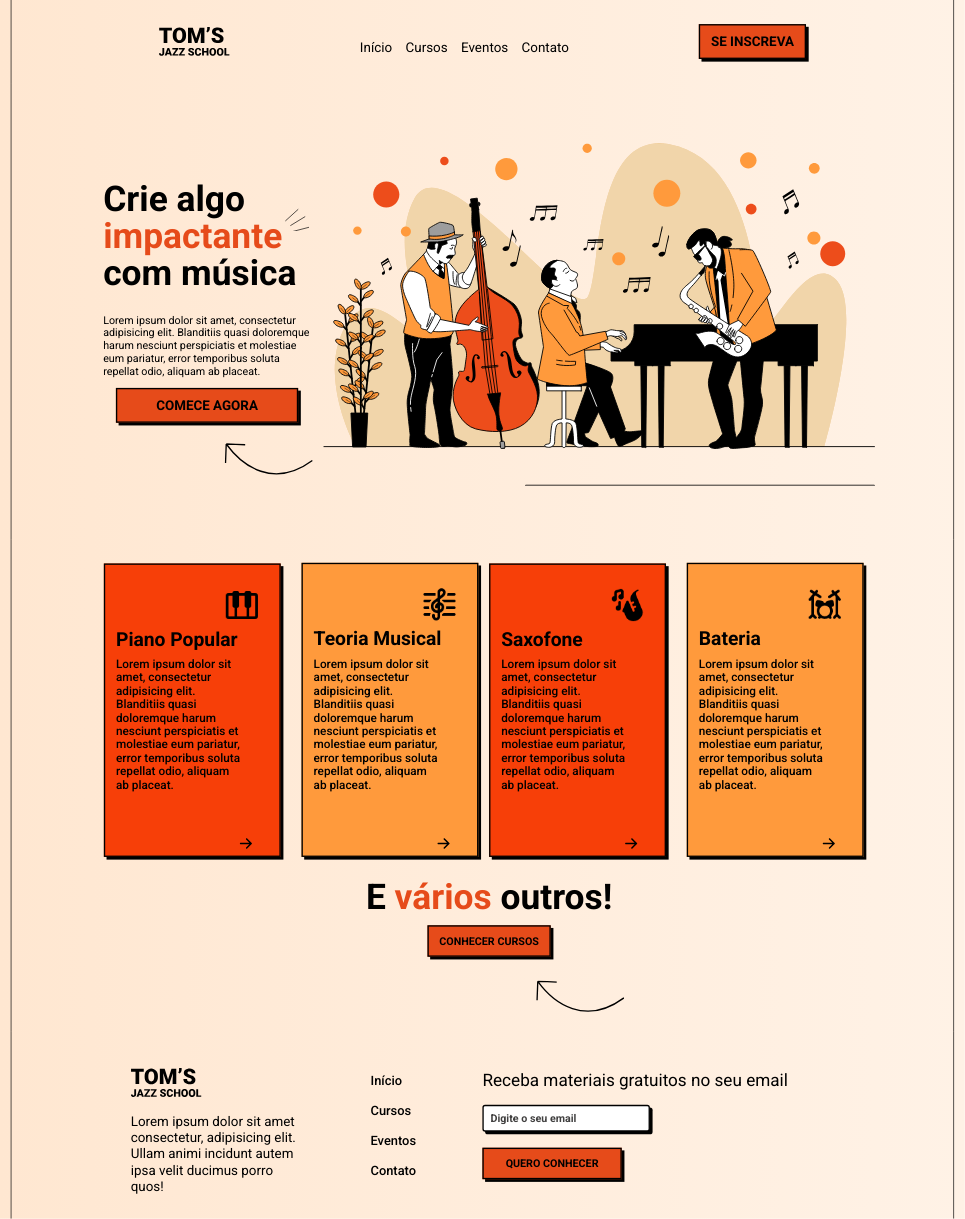
Repository: guilhermecardoso93/obebitecode
Page: index.html
The author's editor kept a copy of each file at every save. The page is drawn from the files as they stood at one save, then again after the next save.
The browser window is 1440 px wide. The pictures show the whole page, at 67% of full size.

Above is the page before, as saved 2023-08-16 21:21:12.

After the next save:
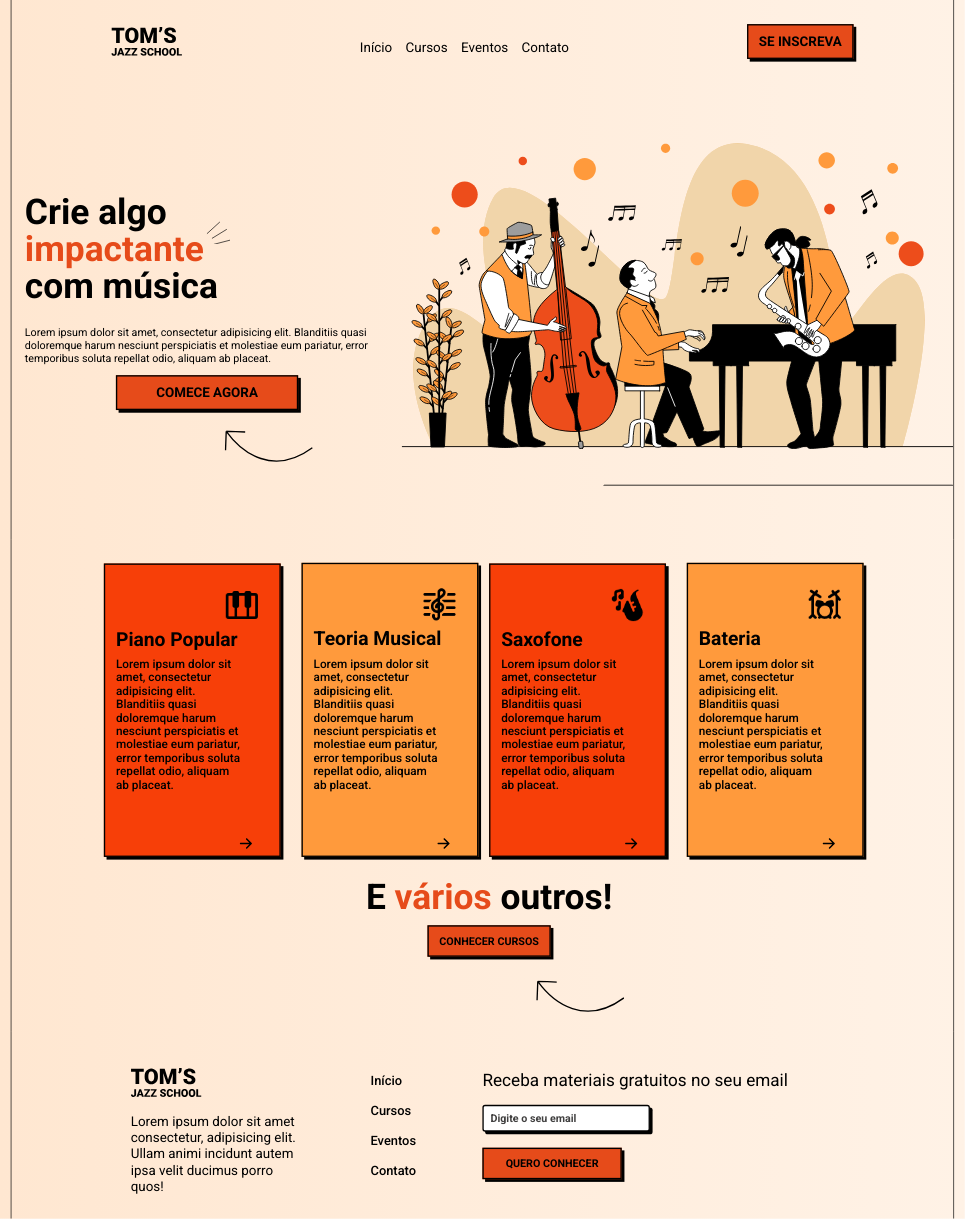
Saved 72 s later.
--- a/css/responsivo.css
+++ b/css/responsivo.css
@@ -65,3 +65,10 @@
     flex: 3;
   }
 }
+
+
+@media screen and (min-width: 90rem) {
+  .container {
+    max-width: 90rem;
+  }
+}
